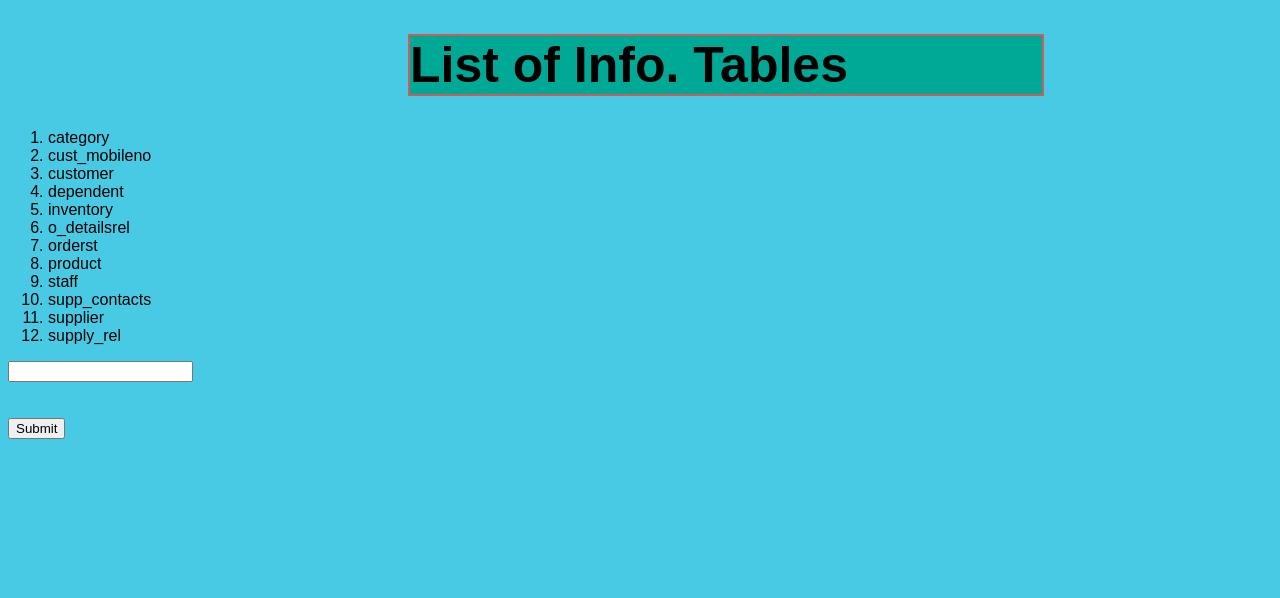
Repository: cyrusdwivedi2002/inventory-management-system
Page: DemoApp/src/main/webapp/view.html
An editor plug-in stored every save of this project. The page is shown before and after the next save, followed by the edit.
The browser window is 1280 px wide. The pictures show the whole page.
Some web fonts or font styles are not loaded; a fallback is used.

Above is the page before, as saved 2022-06-24 18:57:06.

### DemoApp/src/main/webapp/view.html
<!DOCTYPE html>
<html>
<head>
<meta charset="ISO-8859-1">
<link rel="preconnect" href="https://fonts.googleapis.com">
<link rel="preconnect" href="https://fonts.gstatic.com" crossorigin>
<link href="https://fonts.googleapis.com/css2?family=Anek+Latin:wght@500&family=Smooch&display=swap" rel="stylesheet">
<style>

body {
background-color: #48cae4;
font-family: 'Anek Latin', sans-serif;
}

h1{
color: black;
background-color:#00a896;
width: 50%;
margin-left:8em;
border: 2px solid indianred;
font-size:50px;
}

</style>
<title>Insert title here</title>
</head>
<body>
<form action = "./ViewTable" method = "post">
	 <h1>List of Info. Tables</h1>
	 <ol>
  <li>category</li>
  <li>cust_mobileno</li>
  <li>customer</li>
  <li>dependent</li>
  <li>inventory</li>
  <li>o_detailsrel</li>
  <li>orderst</li>
  <li>product</li>
  <li>staff</li>
  <li>supp_contacts</li>
  <li>supplier</li>
  <li>supply_rel</li>

	</ol>
	 <input type="text" name="table_name"/>
	 <br/><br/><br/>
	  <input type="submit"/>

</form>


</body>
</html>

After the next save:
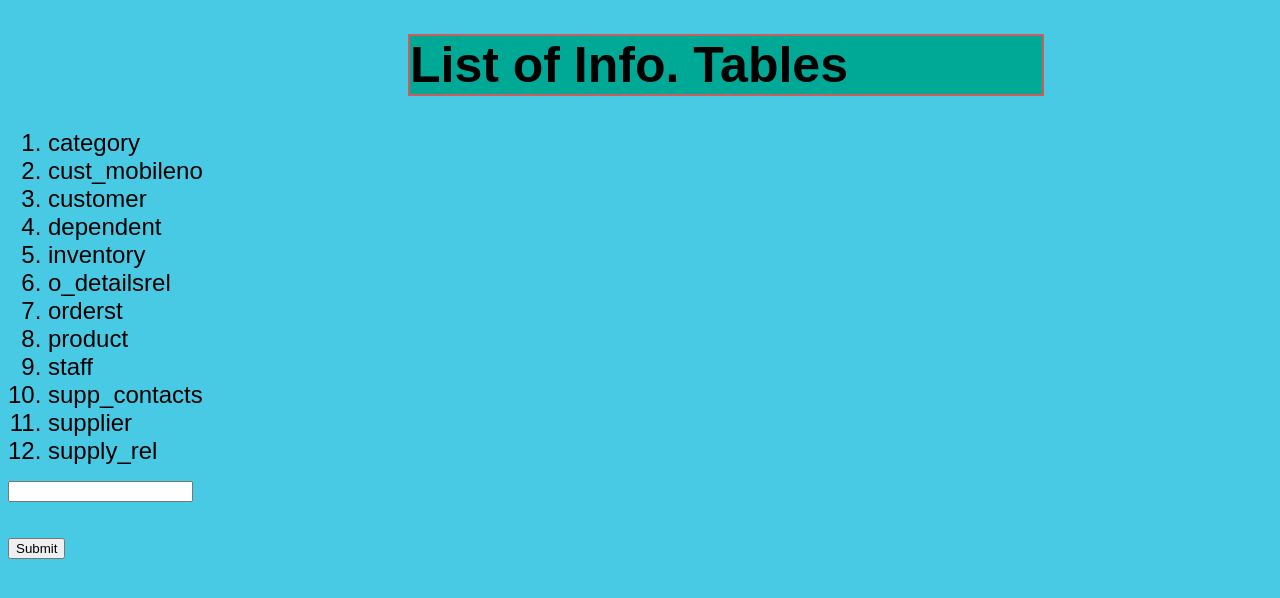
Saved 45 s later.
--- a/DemoApp/src/main/webapp/view.html
+++ b/DemoApp/src/main/webapp/view.html
@@ -19,6 +19,10 @@ width: 50%;
 margin-left:8em;
 border: 2px solid indianred;
 font-size:50px;
+}
+
+li{
+font-size:x-large;
 }
 
 </style>
